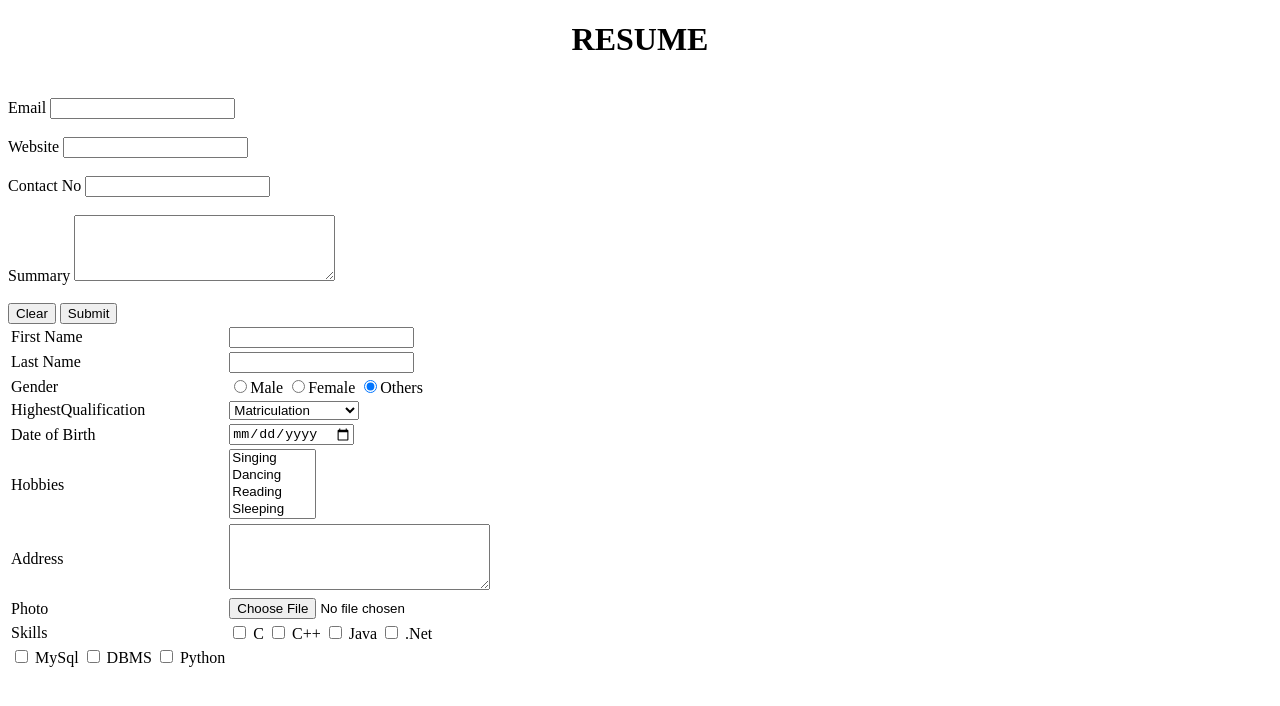
Repository: Rccalfa123/JEE
Page: MyFirstServlet/WebContent/Resume.html
These files come from the project's save history. The page is drawn as it stood at one moment and after the next save; the edit follows.
The browser window is 1280 px wide. The pictures show the whole page.

Above is the page before, as saved 2018-08-07 08:53:35.

After the next save:
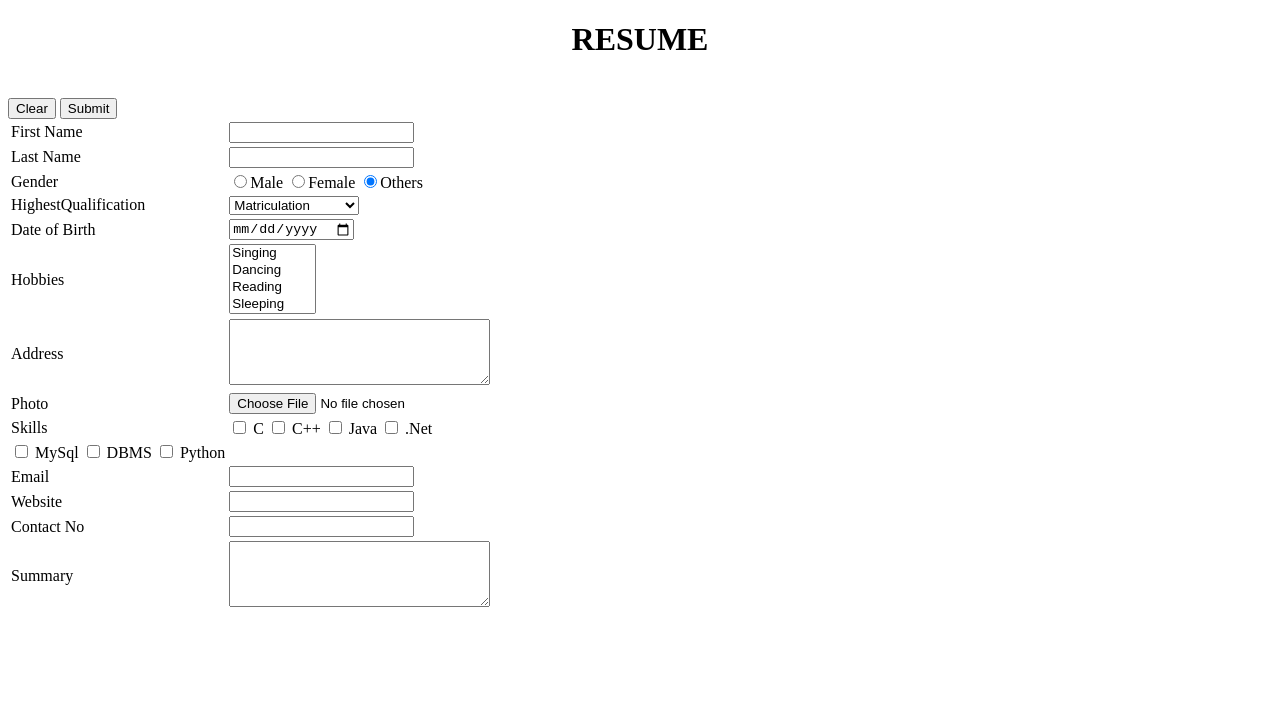
Saved 105 s later.
--- a/MyFirstServlet/WebContent/Resume.html
+++ b/MyFirstServlet/WebContent/Resume.html
@@ -47,13 +47,13 @@
    			 <input type="checkbox" name="skills" value="dbms"> DBMS
    			 <input type="checkbox" name="skills" value="python"> Python<br></td></tr>
 
-  Email    <input type="email"  name="email"> <br><br>
+  <tr><td>Email</td> <td>   <input type="email"  name="email"> <br></td></tr>
 
-  Website  <input type="url" name="website"><br><br>
+  <tr><td>Website</td> <td> <input type="url" name="website"><br></td></tr>
 
-  Contact No <input type="text" name="contact_no"> <br><br>
+  <tr><td>Contact No</td> <td><input type="text" name="contact_no"> <br></td></tr>
 
-  Summary  <textarea name="summary"   rows="4" cols="30"></textarea><br><br>
+  <tr><td>Summary </td><td> <textarea name="summary"   rows="4" cols="30"></textarea><br></td></tr>
 
    <div>  <input type="reset" value="Clear"> <input type="submit" value="Submit"> </div>
   </table>
